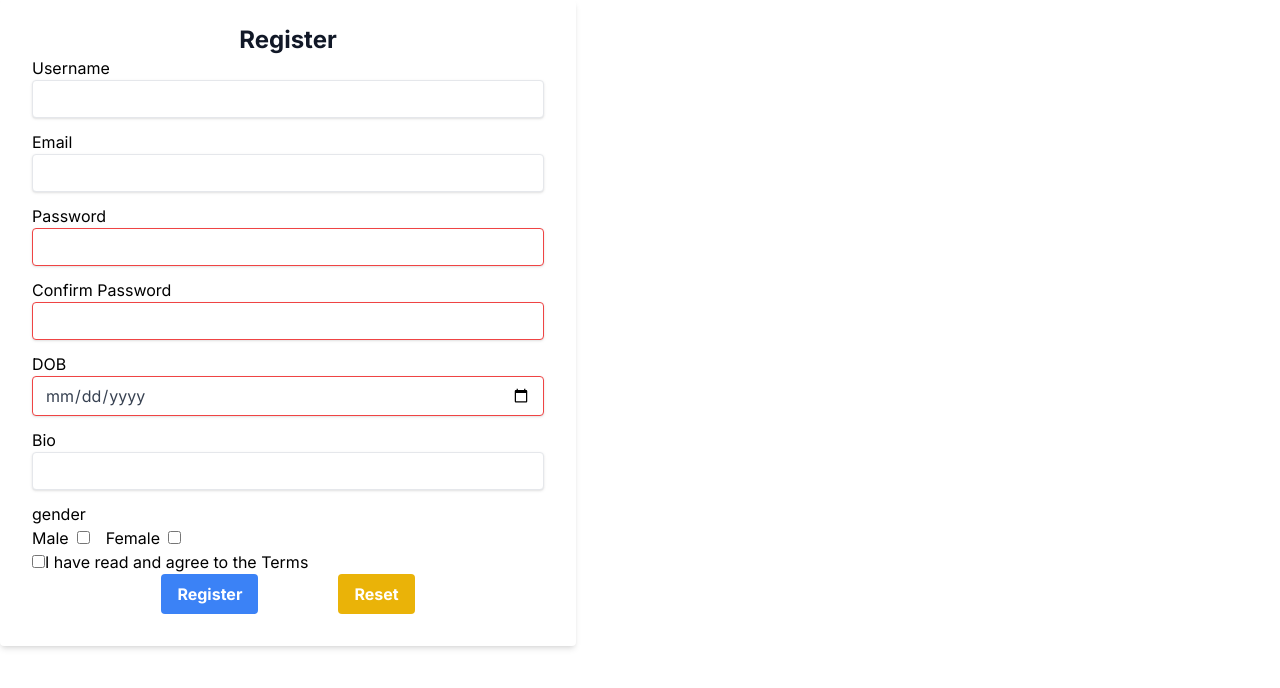
Repository: uh-sman/tiktok-card
Page: /
The author's editor kept a copy of each file at every save. The page is drawn from the files as they stood at one save, then again after the next save.
The browser window is 1280 px wide. The pictures show the whole page.
The project was rebuilt for these pictures with package versions that can differ from the ones it lists, and the page was loaded fresh each time. The framework's server and built-in components were replaced by stand-ins that run in the browser. Also part of the build but not shown: next.config.js.

Above is the page before, as saved 2023-12-19 15:01:13.

After the next save:
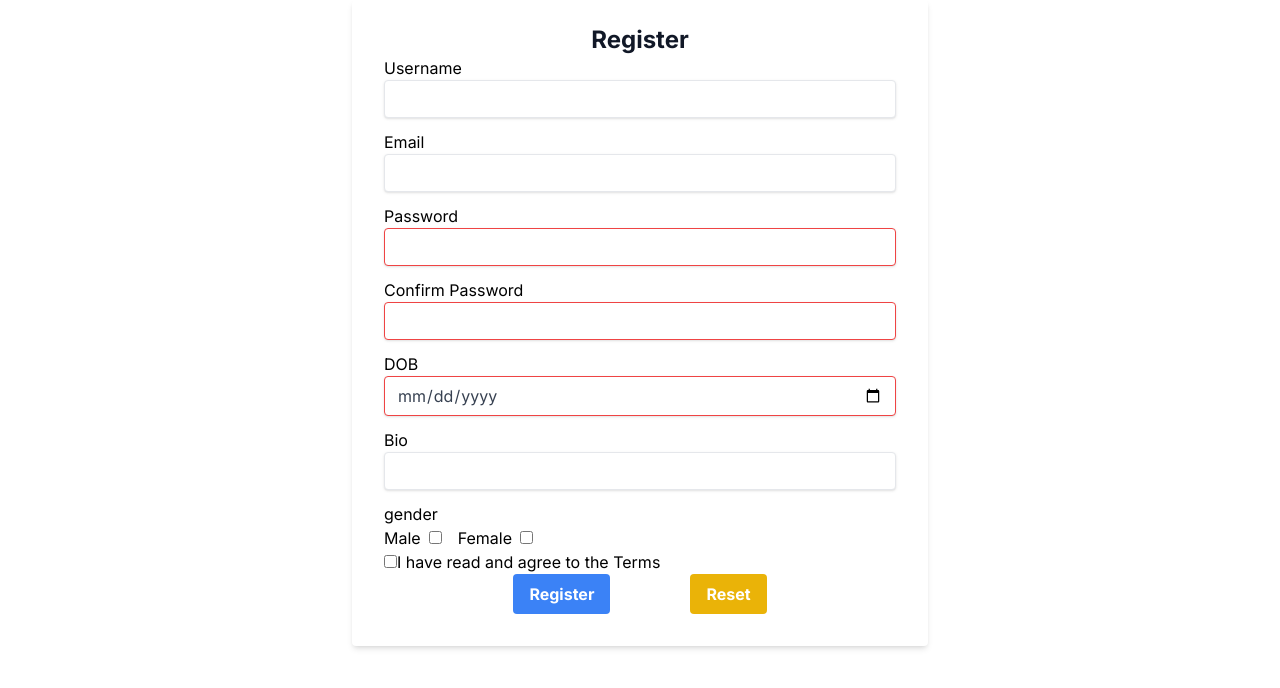
Saved 7 s later.
--- a/app/page.tsx
+++ b/app/page.tsx
@@ -15,7 +15,7 @@ type FormValues = {
 
 export default function Home() {
   return (
-    <div className="">
+    <div className="flex justify-center items-center">
       <AuthForm />
     </div>
   )
